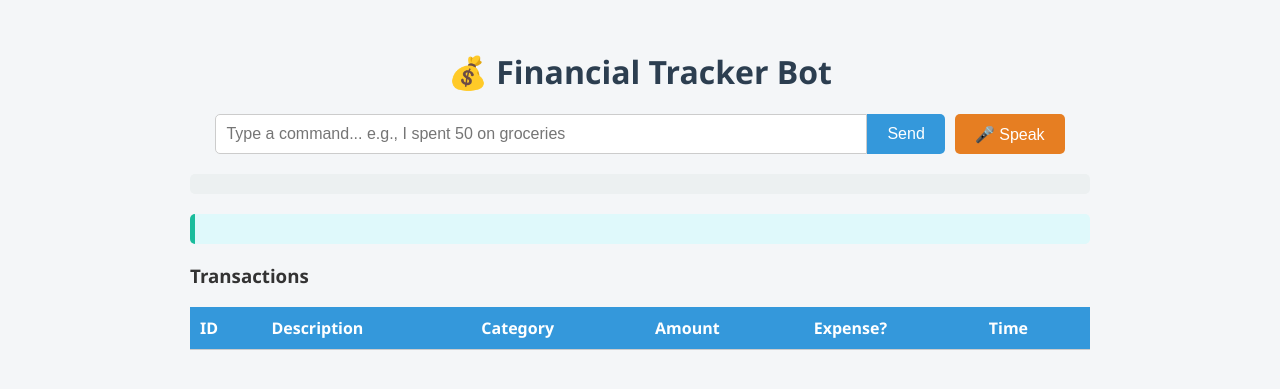
Repository: Aroxy22/finance-tracker
Page: backend/index.html
The author's editor kept a copy of each file at every save. The page is drawn from the files as they stood at one save, then again after a run of saves.
The browser window is 1280 px wide. The pictures show the whole page.
The page's requests for data from a server got no answer.

Above is the page before, as saved 2025-09-08 19:03:13.

### backend/index.html
<!DOCTYPE html>
<html lang="en">
<head>
<meta charset="UTF-8">
<title>Financial Tracker Bot</title>
<meta name="viewport" content="width=device-width, initial-scale=1.0">
<style>
body {
    font-family: 'Segoe UI', Tahoma, Geneva, Verdana, sans-serif;
    margin: 0;
    padding: 0;
    background: #f4f6f8;
    color: #333;
}
h1 {
    text-align: center;
    margin-top: 30px;
    color: #2c3e50;
}
.container {
    max-width: 900px;
    margin: auto;
    padding: 20px;
}
.input-group {
    display: flex;
    justify-content: center;
    margin-bottom: 20px;
}
input[type=text] {
    padding: 10px;
    width: 70%;
    border: 1px solid #ccc;
    border-radius: 5px 0 0 5px;
    font-size: 16px;
}
button {
    padding: 10px 20px;
    border: none;
    background-color: #3498db;
    color: white;
    cursor: pointer;
    font-size: 16px;
    border-radius: 0 5px 5px 0;
    transition: background 0.3s;
}
button:hover {
    background-color: #2980b9;
}
#speechBtn {
    background-color: #e67e22;
    border-radius: 5px;
    margin-left: 10px;
}
#speechBtn:hover {
    background-color: #d35400;
}
#response {
    margin: 20px 0;
    padding: 10px;
    background: #ecf0f1;
    border-radius: 5px;
    white-space: pre-wrap;
}
#transactions table {
    width: 100%;
    border-collapse: collapse;
}
#transactions th, #transactions td {
    padding: 10px;
    text-align: left;
    border-bottom: 1px solid #ccc;
}
#transactions th {
    background-color: #3498db;
    color: white;
}
#transactions tr:nth-child(even) {
    background-color: #f2f2f2;
}
#summary {
    margin-top: 20px;
    padding: 15px;
    background: #dff9fb;
    border-left: 5px solid #1abc9c;
    border-radius: 5px;
}
.income { color: green; }
.expense { color: red; }
</style>
</head>
<body>
<div class="container">
    <h1>💰 Financial Tracker Bot</h1>
    <div class="input-group">
        <input type="text" id="textInput" placeholder="Type a command... e.g., I spent 50 on groceries">
        <button onclick="sendText()">Send</button>
        <button id="speechBtn">🎤 Speak</button>
    </div>
    <div id="response"></div>
    <div id="summary"></div>
    <div id="transactions">
        <h3>Transactions</h3>
        <table>
            <thead>
                <tr>
                    <th>ID</th>
                    <th>Description</th>
                    <th>Category</th>
                    <th>Amount</th>
                    <th>Expense?</th>
                    <th>Time</th>
                </tr>
            </thead>
            <tbody id="txBody"></tbody>
        </table>
    </div>
</div>
<script>
const responseDiv = document.getElementById("response");
const txBody = document.getElementById("txBody");
const summaryDiv = document.getElementById("summary");

async function sendCommand(text) {
    const res = await fetch("/api/command", {
        method: "POST",
        headers: {"Content-Type":"application/json"},
        body: JSON.stringify({text})
    });
    const data = await res.json();
    responseDiv.innerText = JSON.stringify(data, null, 2);
    if(data.status === "need_amount"){
        let amt = prompt(data.message);
        if(amt) sendCommand(`${data.description} ${amt}`);
        return;
    }
    listTransactions();
    showSummary();
}

function sendText(){
    const text = document.getElementById("textInput").value;
    if(text) sendCommand(text);
}

async function listTransactions(){
    const res = await fetch("/api/command", {
        method: "POST",
        headers: {"Content-Type":"application/json"},
        body: JSON.stringify({text: "list"})
    });
    const data = await res.json();
    txBody.innerHTML = "";
    if(data.transactions){
        data.transactions.forEach(tx => {
            const tr = document.createElement("tr");
            tr.innerHTML = `
                <td>${tx.id}</td>
                <td>${tx.desc}</td>
                <td>${tx.category}</td>
                <td class="${tx.is_expense?'expense':'income'}">${tx.amount.toFixed(2)}</td>
                <td>${tx.is_expense ? "Yes" : "No"}</td>
                <td>${new Date(tx.ts).toLocaleString()}</td>
            `;
            txBody.appendChild(tr);
        });
    }
}

async function showSummary(){
    const res = await fetch("/api/command", {
        method: "POST",
        headers: {"Content-Type":"application/json"},
        body: JSON.stringify({text: "summary"})
    });
    const data = await res.json();
    if(data.status==="ok"){
        summaryDiv.innerHTML = `
            <strong>Summary:</strong><br>
            Income: <span class="income">$${data.income.toFixed(2)}</span><br>
            Expense: <span class="expense">$${data.expense.toFixed(2)}</span><br>
            Balance: $${data.balance.toFixed(2)}
        `;
    }
}

const speechBtn = document.getElementById("speechBtn");
if('webkitSpeechRecognition' in window){
    const recognition = new webkitSpeechRecognition();
    recognition.continuous = false;
    recognition.interimResults = false;
    recognition.lang = "en-US";
    recognition.onresult = function(event){
        const transcript = event.results[0][0].transcript;
        sendCommand(transcript);
    };
    recognition.onerror = function(event){ alert("Speech error: "+event.error); };
    speechBtn.onclick = () => recognition.start();
}else{
    speechBtn.disabled = true;
    speechBtn.innerText = "Speech not supported";
}

listTransactions();
showSummary();
</script>
</body>
</html>

After the next 2 saves:
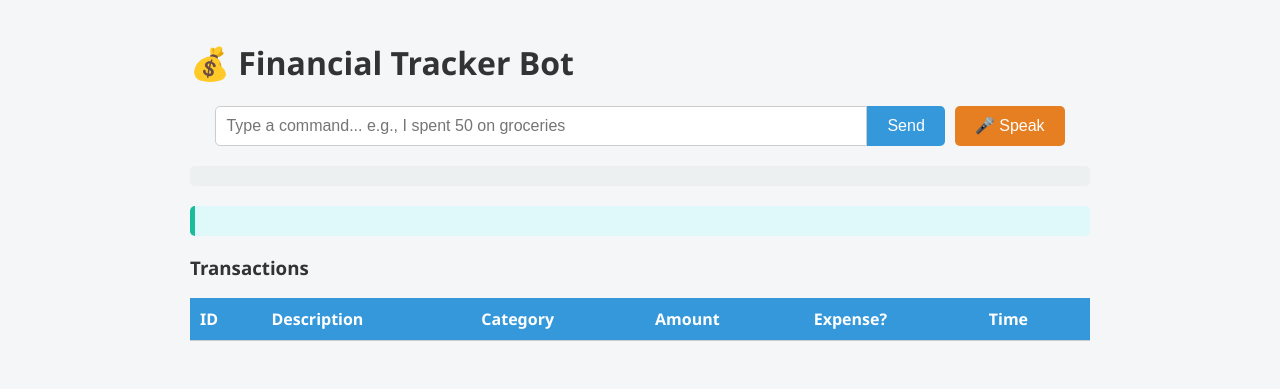
The 2 saves are shown as one change because they came seconds apart.
The last was saved 20 s later.
--- a/backend/index.html
+++ b/backend/index.html
@@ -11,11 +11,6 @@ body {
     padding: 0;
     background: #f4f6f8;
     color: #333;
-}
-h1 {
-    text-align: center;
-    margin-top: 30px;
-    color: #2c3e50;
 }
 .container {
     max-width: 900px;
